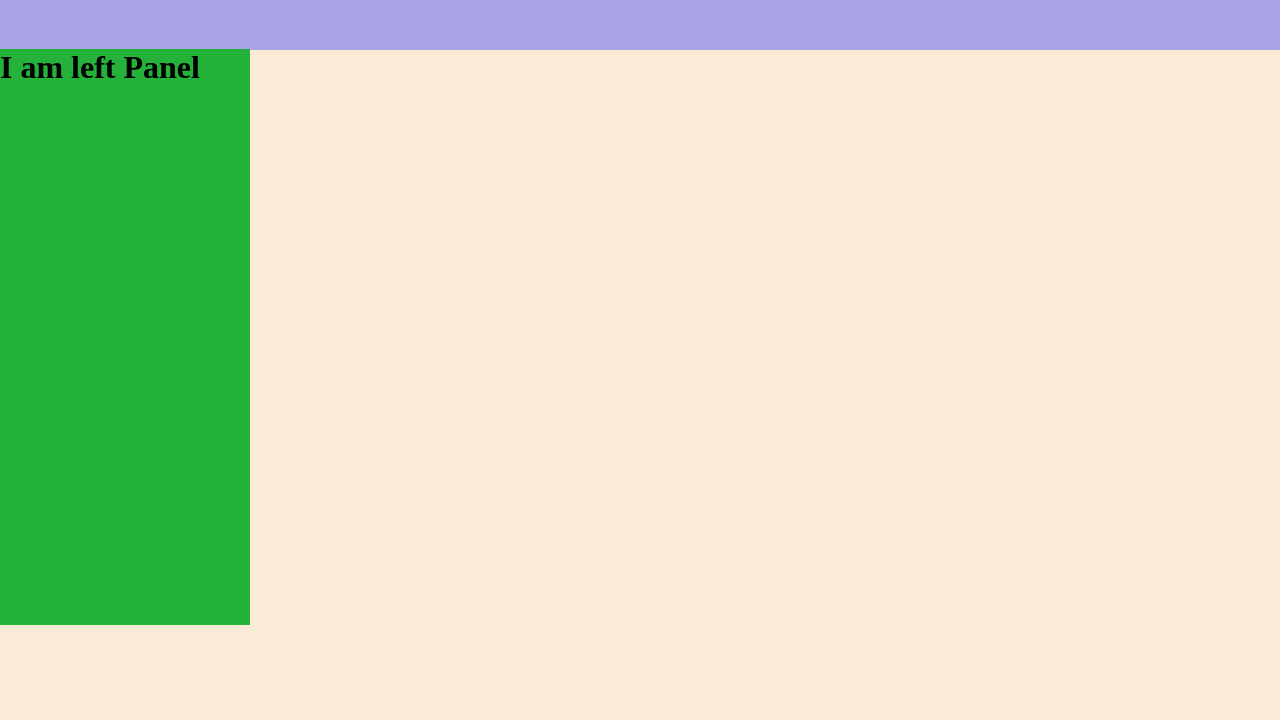
Repository: purnimapatel/fish-world
Page: index.html
These files come from the project's save history. The page is drawn as it stood at one moment and after the next save; the edit follows.
The browser window is 1280 px wide. The pictures show the whole page.

Above is the page before, as saved 2024-08-25 10:59:41.

After the next save:
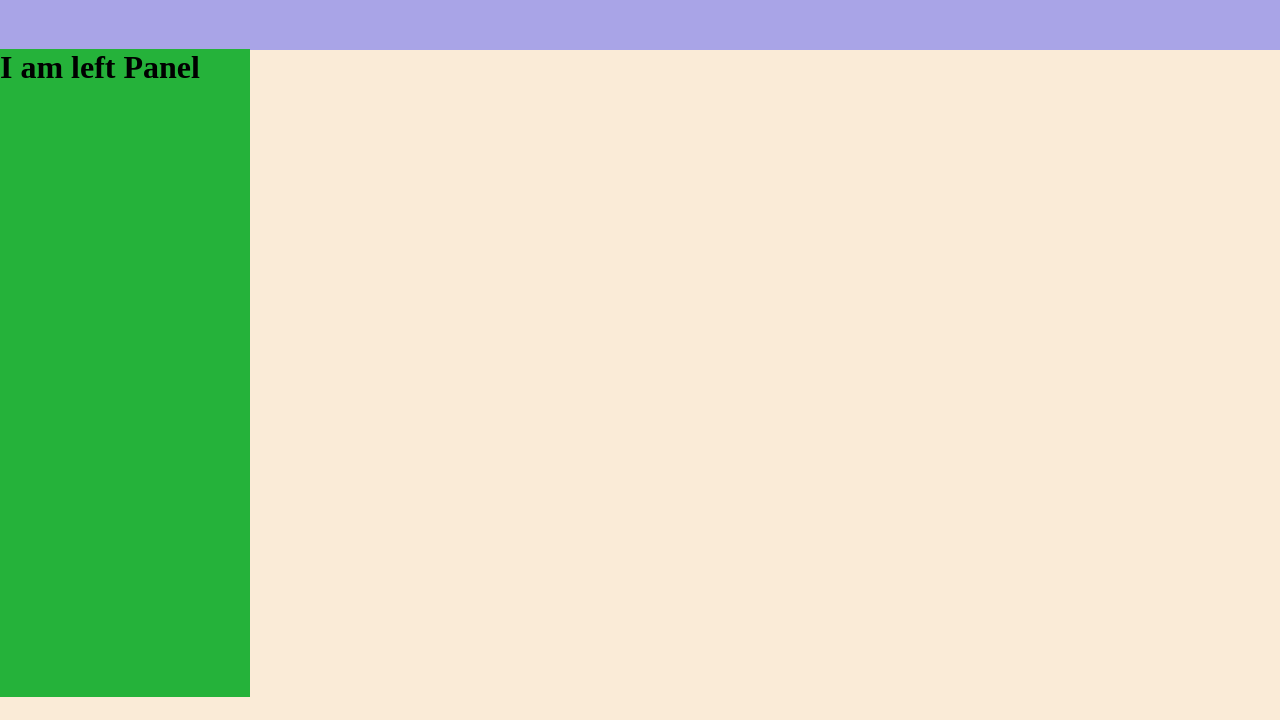
Saved 52 s later.
--- a/style.css
+++ b/style.css
@@ -22,6 +22,6 @@ body{
 .leftPanel{
     margin-top: -22px;
     width:250px;
-    height:80vh;
+    height:90vh;
     background-color:rgb(37, 178, 58);
 }
